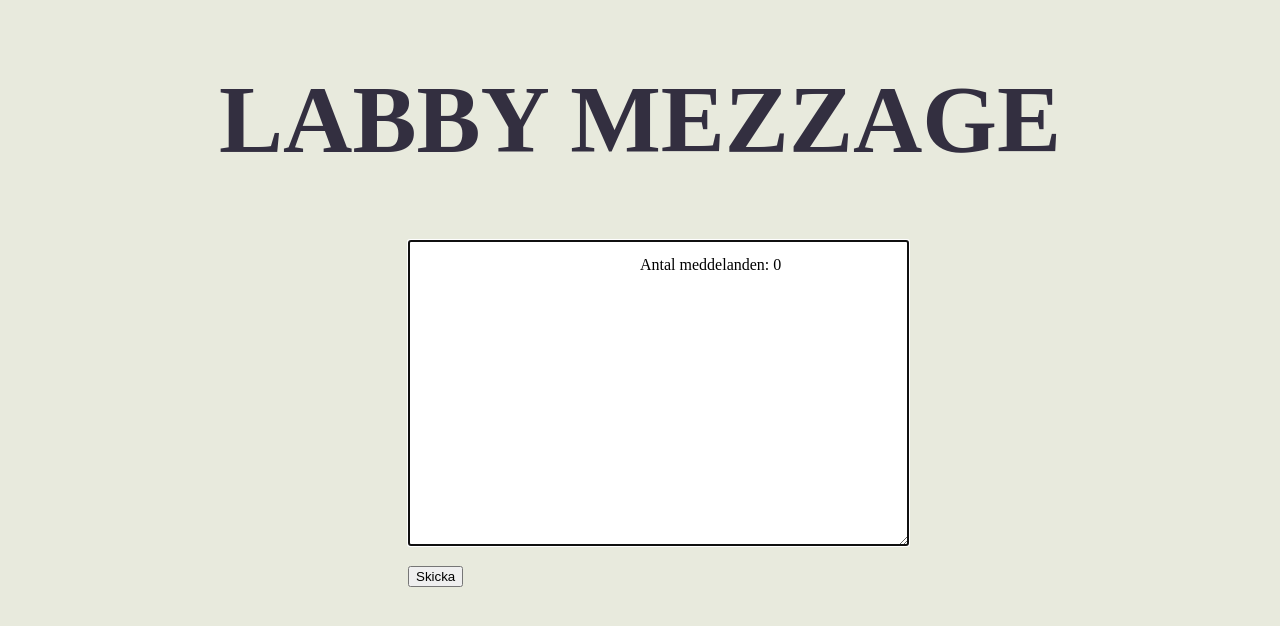
Repository: em222mt/1dv403-laborationer
Page: 2-labbymezzage/Index.html
The author's editor kept a record of every edit. The page is drawn from the files as they stood at one moment, then again after the next edit.
The browser window is 1280 px wide. The pictures show the whole page.

Above is the page before.

### 2-labbymezzage/Index.html
<!DOCTYPE html>
<html lang="sv">
<head>
	<meta charset="UTF-8" />
 	<title>Labby Mezzage</title>
    <link rel="stylesheet" href="css/style.css">
</head>
    <body>
        <header>
            <h1>LABBY MEZZAGE</h1>
        </header>

        <main>
            <div id="container">
                <section id="mainsection">
            		<form action="post" name="form">
                        <textarea id="formtext" cols="30" rows="10"></textarea>
                        <p id="value"></p>
                        <input id="send" type="button" value="Skicka" />
                    </form>
                </section>
            </div>

            <div id="container2">
                <aside id="messagearea">

                </aside>
                <p id="counter"></p>
            </div>

        </main>

    	<script src="js/Message.js"></script>
    	<script src="js/MessageBoard.js"></script>

    </body>
</html>

### 2-labbymezzage/css/style.css
/*Layout*/

article, aside, details, figcaption, figure,
footer, header, hgroup, main, menu, nav{

    background-color: #E8EADD;
}

/*Container*/

h1 {
    font-weight: bold;
    text-align: center;
    color: #332F40;
    font-size: 6em;
    font-family: Comic Sans, Comic Sans MS, cursive;
    text-decoration: uppercase;
}

body{
    background-color: #E8EADD;
}

#messagearea {
    float: left;
    background-color: white;
    width: 450px;
    min-height: 300px auto;

}

form{
    max-width: 50%;
}
#mainsection{
    max-width: 50%;
    margin: 0px 0px 0px 400px;
}
#container{
    float: left;
    width: 50%;
}
#container2{
    float: left;
    width: 50%;
}

#formtext{
    font-size: 2em;
}

.messageContainer{
    width: 98%;
    float: left;
    background-color: #A8C4B4;
    border: 1px solid black;
    margin: 3px 3px 3px 3px;
}

.textContainer{
    width: 85%;
    float: left;
    font-size: 1.2em;
}

.time{
    text-indent: 13px;
}

.detailsContainer{
    width: 15%;
    float: left;
    text-indent: 8px;
    font-size: 0.8em;
    margin-top: 10px;
}
.input{
    max-width: 85%;
    word-break: break-all;
    margin-left: 10px;
}

img{
    margin-right: 5px;
}

#count{

}

### 2-labbymezzage/js/Message.js
'use strict';

function Message(message, date){

    this.getText = function(){
        return message;
    };

    this.setText = function(_text){
        message = _text;
    };

    this.getDate = function(){
        return date;
    };

    this.setDate = function(_date){
        date = _date;
    };
}

Message.prototype.toString = function() {
    return this.getText()+" ("+this.getDate()+")";
};

Message.prototype.getHTMLText = function(){
    return this.getText().replace(/[\n\r]/g, "</br>");
};

Message.prototype.getDateText = function(){
    var now = this.getDate();
    var seconds = now.getSeconds();
    var minutes = now.getMinutes();
    var hours = now.getHours();


    //IF-sats för att lägga till nollor som i C#?

    var formattedTime = hours + ":" + (minutes < 10 ? '0' : '') + minutes + ":" + (seconds < 10 ? '0' : '') + seconds;
        return formattedTime;
};

Message.prototype.getTimeDetails = function(){
    var date = this.getDate();
    var day = date.getDate();
    var month = date.getMonth();
    var year = date.getFullYear();

    return "Postat den " + year + "/" + (month + 1) + "/" + day + " " + this.getDateText();
};

### 2-labbymezzage/js/MessageBoard.js
'use strict';

var MessageBoard = {

    messages: [],

    init: function(){

        MessageBoard.countMessages();

        var submit = document.getElementById("send");
        submit.onclick = MessageBoard.createMessage;

        var focus = document.getElementById("formtext");
        // Sätter en blinkande markör i textarean
        focus.focus();
        focus.onkeypress = function(e){
		if(!e){ e=window.event; }
		    if(e.keyCode == 13 && !e.shiftKey){
		        e.preventDefault();
		        MessageBoard.createMessage();
		    }
        };
    },
    // Skapa meddelanden
    createMessage: function(){
        var input = document.getElementById("formtext");
        MessageBoard.messages.push( new Message(input.value, new Date()) );
        MessageBoard.renderMessages();
    },

    // Rendera alla meddelanden
    renderMessages: function(){
        //Tar bort alla meddelanden
        document.getElementById("messagearea").innerHTML = "";
        for (var i = 0; i < MessageBoard.messages.length; ++i){
        MessageBoard.renderMessage(i);
        }
        document.form.formtext.value = "";
        document.form.formtext.focus();
    },
    // Skriv ut ett meddelande
    renderMessage: function(messageID){

        var input = document.createElement("p");
        input.className = "input";
        input.innerHTML = MessageBoard.messages[messageID].getHTMLText();

        var textContainer = document.createElement("div");
        textContainer.className = ("textContainer");
        textContainer.appendChild(input);

        var time = document.createElement("p");
        time.className = "time";
        time.innerHTML = MessageBoard.messages[messageID].getDateText();

		var imageClock = document.createElement("a");
		imageClock.setAttribute("href", "#");
		imageClock.innerHTML = '<img src="pics/clock.png" title="Se när meddelandet skapades." alt="Clock" width="24px" height="24px" />';

		var imageRemove = document.createElement("a");
		imageRemove.setAttribute("href", "#");
		imageRemove.innerHTML = '<img src="pics/delete.png" title="Ta bort det här meddelandet." alt="Delete" width="24px" height="24px" />';

        var detailsContainer = document.createElement("div");
        detailsContainer.className = "detailsContainer";
		detailsContainer.appendChild(imageClock);
		detailsContainer.appendChild(imageRemove);
		detailsContainer.appendChild(time);

        var messageContainer = document.createElement("div");
        messageContainer.className = "messageContainer";
        messageContainer.appendChild(textContainer);
        messageContainer.appendChild(detailsContainer);

		var container = document.getElementById("messagearea");
		container.appendChild(messageContainer);

		MessageBoard.countMessages();

		imageRemove.onclick = function(){
		    if (window.confirm("Vill du ta bort detta meddelande?")){
		    MessageBoard.removeMessage(messageID);
		    }
		};

		imageClock.onclick = function(){
		  MessageBoard.getTimestamp(messageID);
		};
    },

    removeMessage: function(messageID){
        MessageBoard.messages.splice(messageID, 1);

        MessageBoard.countMessages();

        MessageBoard.renderMessages();
    },

    getTimestamp: function(messageID){
        alert(MessageBoard.messages[messageID].getTimeDetails());
    },

    // Sätter räknare för antalet meddelanden
    countMessages: function(){
        var counter = document.getElementById("counter");
        counter.innerHTML = "Antal meddelanden: " + MessageBoard.messages.length;
    }

};

window.onload = MessageBoard.init;

After the next edit:
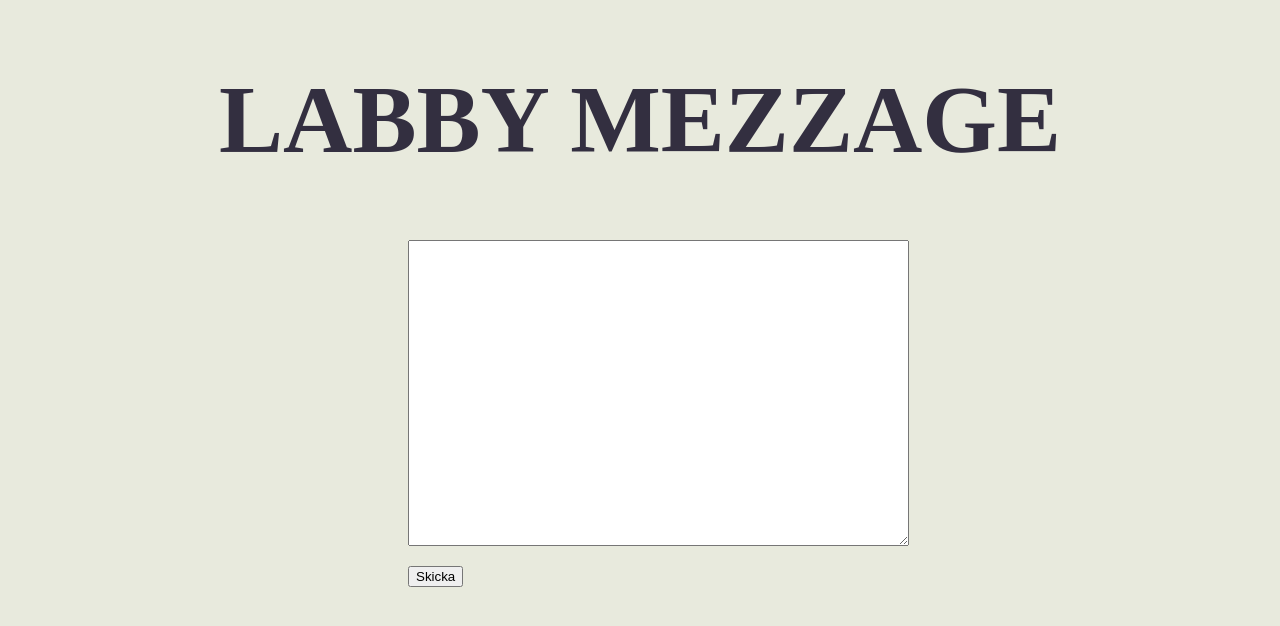
Console error: TypeError: Cannot set properties of null (setting 'innerHTML')
The edit:
--- a/2-labbymezzage/Index.html
+++ b/2-labbymezzage/Index.html
@@ -25,7 +25,10 @@
                 <aside id="messagearea">
 
                 </aside>
-                <p id="counter"></p>
+                <div id="counterDiv">
+
+                </div>
+
             </div>
 
         </main>

After the edit that followed:
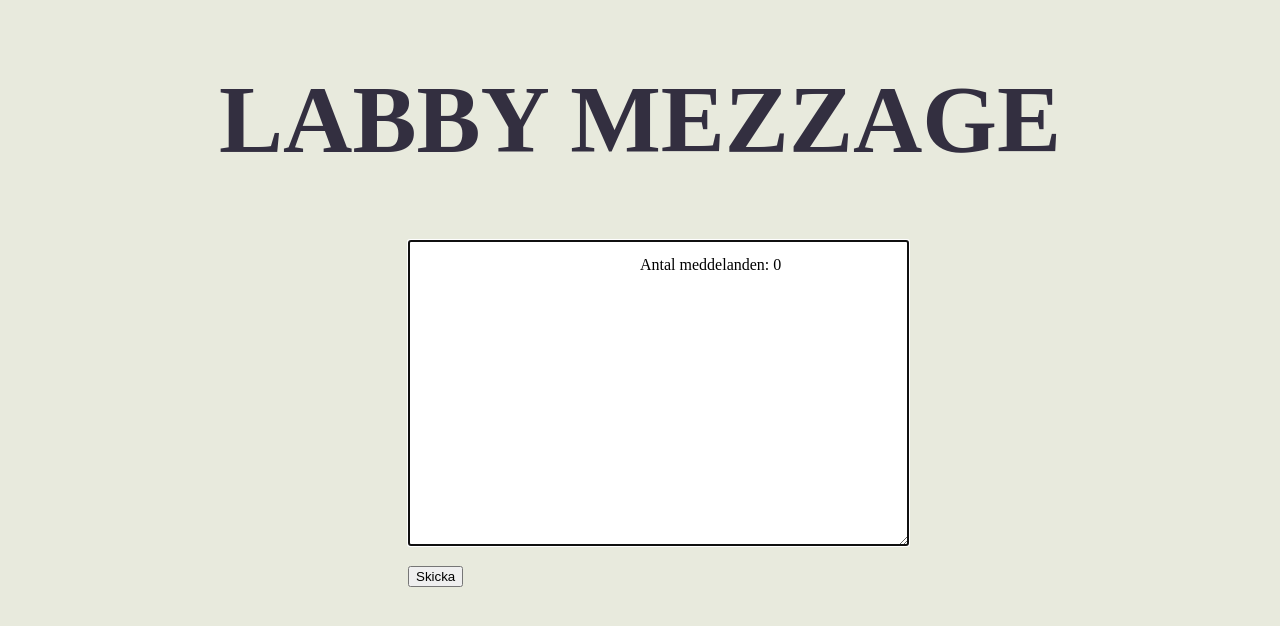
The error is gone.
The edit:
--- a/2-labbymezzage/Index.html
+++ b/2-labbymezzage/Index.html
@@ -26,7 +26,7 @@
 
                 </aside>
                 <div id="counterDiv">
-
+                    <p id="counter"></p>
                 </div>
 
             </div>
